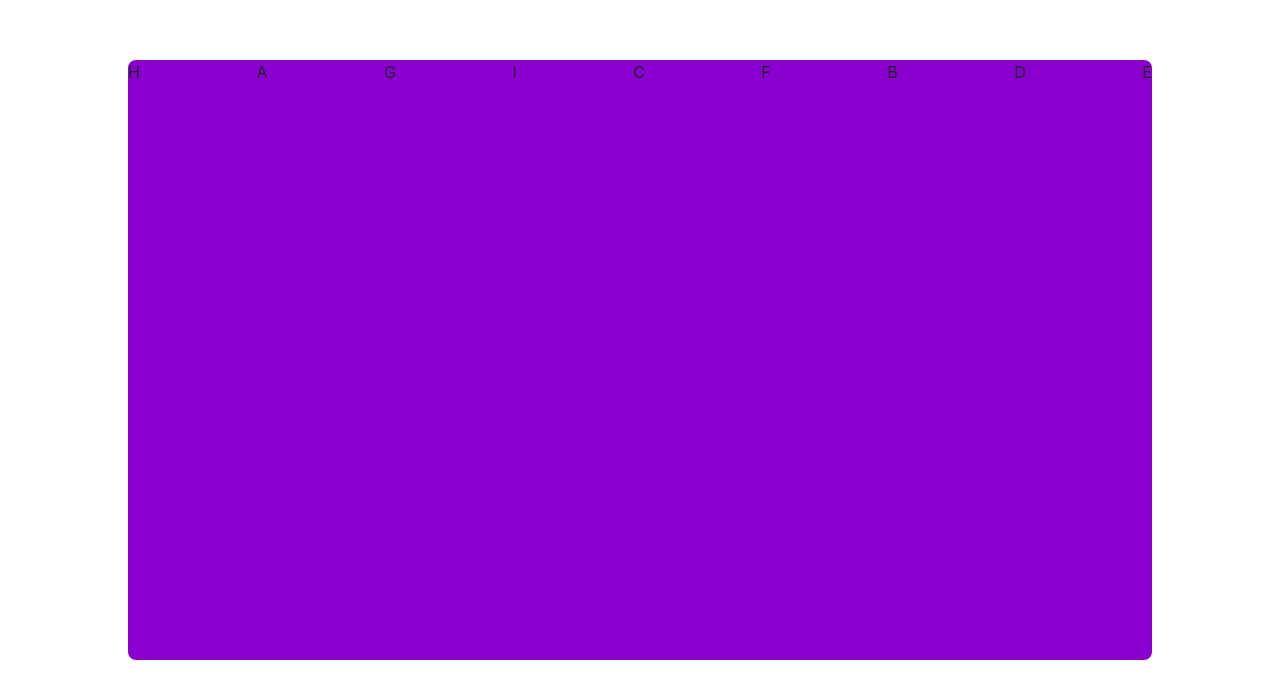
Repository: alessandradiamantino/Curso-Front-End-Design
Page: 1 - Introdução ao HTML e CSS/3 - Layouts, Grids e Flexbox/Bootstrap Grid system/index.html
These files come from the project's save history. The page is drawn as it stood at one moment and after the next save; the edit follows.
The browser window is 1280 px wide. The pictures show the whole page.

Above is the page before, as saved 2023-04-24 11:10:00.

After the next save:
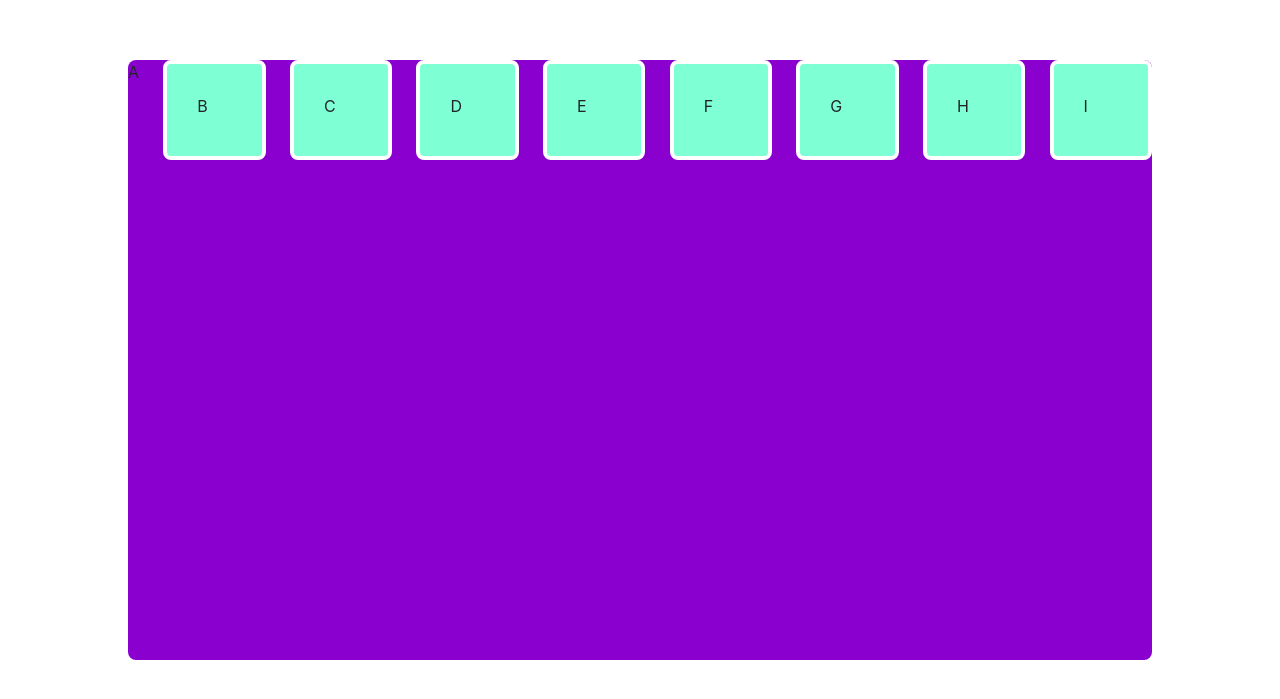
Saved 15 s later.
--- a/1 - Introdução ao HTML e CSS/3 - Layouts, Grids e Flexbox/Bootstrap Grid system/index.html
+++ b/1 - Introdução ao HTML e CSS/3 - Layouts, Grids e Flexbox/Bootstrap Grid system/index.html
@@ -20,30 +20,30 @@
    </div>
 -->
    <div class="my-container">
-    <div class="order-1" >
+    <div class="order" >
       A
     </div>
-    <div class="order-3" >
+    <div class="my-item" >
       B
     </div>
-    <div class="order-2" >
+    <div class="my-item" >
       C
     </div>
-    <div class="order-3" >
+    <div class="my-item" >
       D
     </div>
-    <div class="order-4" >
+    <div class="my-item" >
       E
     </div>
-    <div class="order-2" >
+    <div class="my-item" >
       F
     </div>
-    <div class="order-1" >
+    <div class="my-item" >
       G
     </div>
-    <div class="order-0" >
+    <div class="my-item" >
       H
-    </div><div class="order-1">
+    </div><div class="my-item">
       I
 
    </div>
